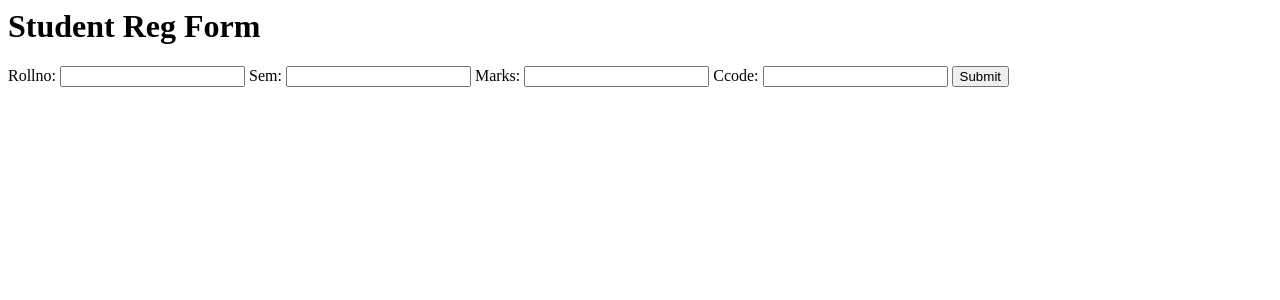
Repository: saikrishnaDsk/DelNex4D
Page: http://localhost/delnexd2mvc/
An editor plug-in stored every save of this project. The page is shown before and after the next save, followed by the edit.
The browser window is 1280 px wide. The pictures show the whole page.
The page is served by Tomcat 9.

Above is the page before, as saved 2020-01-11 05:47:00.

After the next save:
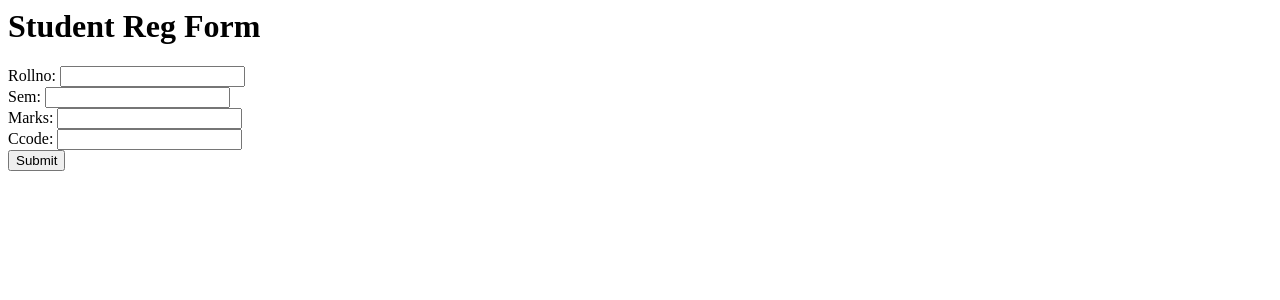
Saved 44 s later.
--- a/workspace-sts-3.9.9.RELEASE/delnexd2mvc/src/main/webapp/WEB-INF/views/home.jsp
+++ b/workspace-sts-3.9.9.RELEASE/delnexd2mvc/src/main/webapp/WEB-INF/views/home.jsp
@@ -9,10 +9,10 @@
 	Student Reg Form
 </h1>
 <form action="saveStudent">
-Rollno: <input type="text" name="rno">
-Sem:    <input type="text" name="sem">
-Marks:  <input type="text" name="marks">
-Ccode:  <input type="text" name="ccode">
+Rollno: <input type="text" name="rno"><br>
+Sem:    <input type="text" name="sem"><br>
+Marks:  <input type="text" name="marks"><br>
+Ccode:  <input type="text" name="ccode"><br>
 		<input type="submit" value="Submit">
 
 </form>
